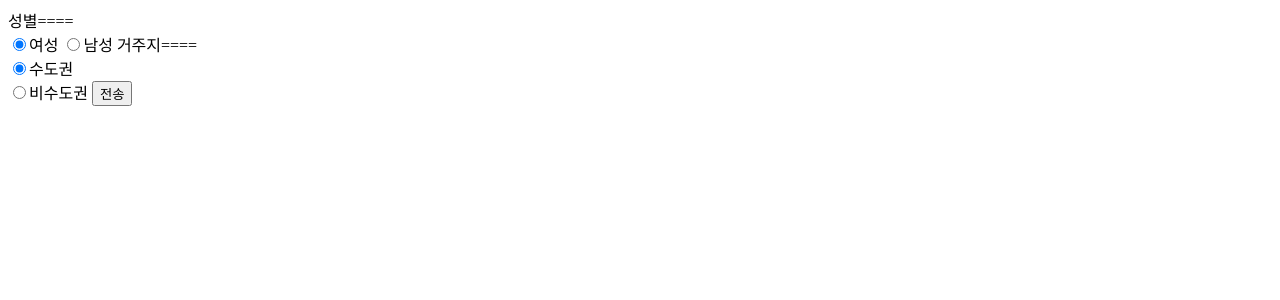
Repository: WonHwiAhn/JAVAClass
Page: 180130_GetParameterEx/WebContent/radio.html
The author's editor kept a copy of each file at every save. The page is drawn from the files as they stood at one save, then again after the next save.
The browser window is 1280 px wide. The pictures show the whole page.

Above is the page before, as saved 2018-01-30 06:26:08.

After the next save:
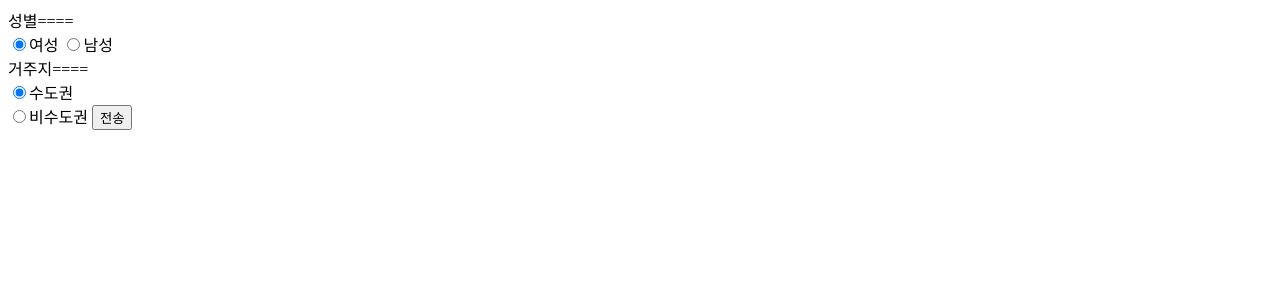
Saved 13 s later.
--- a/180130_GetParameterEx/WebContent/radio.html
+++ b/180130_GetParameterEx/WebContent/radio.html
@@ -9,7 +9,7 @@
 		성별====<br>
 		<input type="radio" name="sex" value="여성" checked>여성
 		<input type="radio" name="sex" value="남성">남성
-		거주지====<br>
+		<br>거주지====<br>
 		<input type="radio" name="sido" value="수도권" checked>수도권<br>
 		<input type="radio" name="sido" value="비수도권">비수도권
 		<input type="submit" value="전송">
